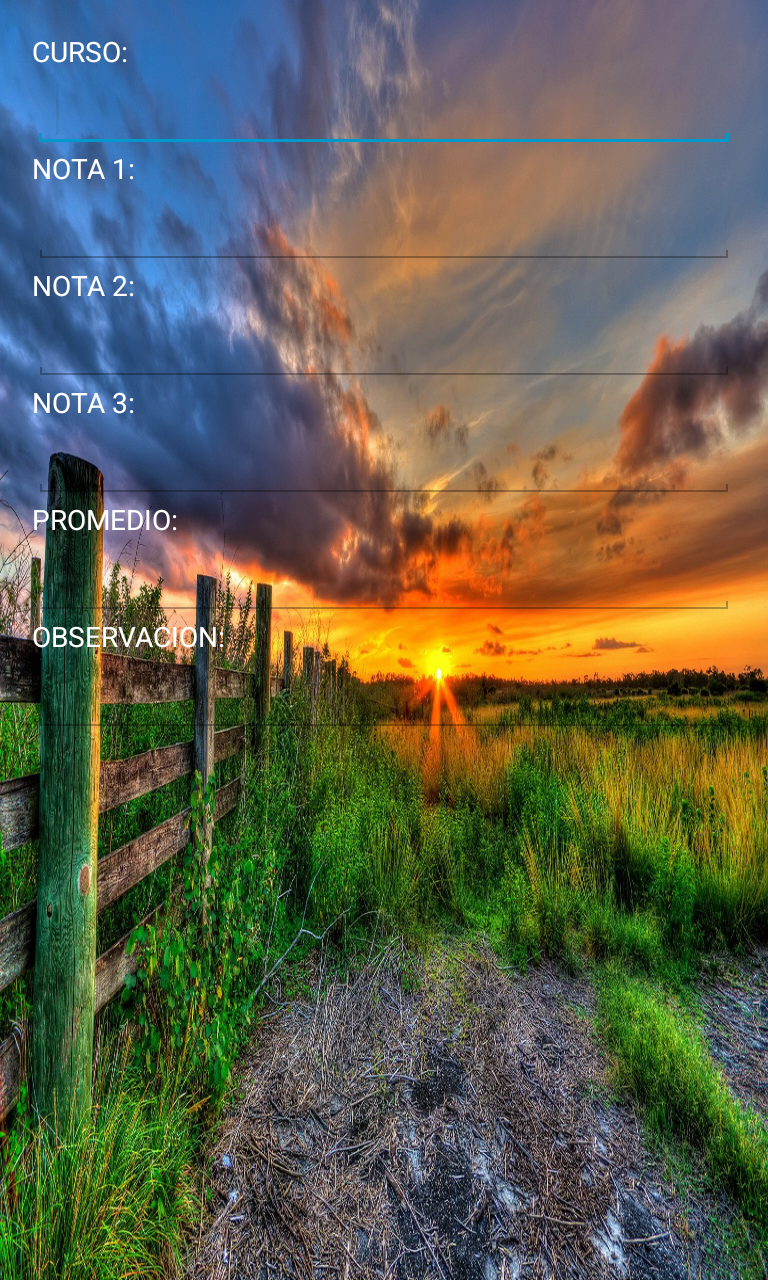
Repository: sherildyasmin06/-reas-Geom-tricas
Layout: Operaciones/res/layout/activity_promedio.xml
The author's editor kept a copy of each file at every save. The layout is drawn from the files as they stood at one save, then again after the next save.
It is drawn on a 768 x 1280 px phone screen (xhdpi) without system bars, with theme AppTheme; the app's code is not run.

Above is the layout before, as saved 2017-10-18 03:10:29.

After the next save:
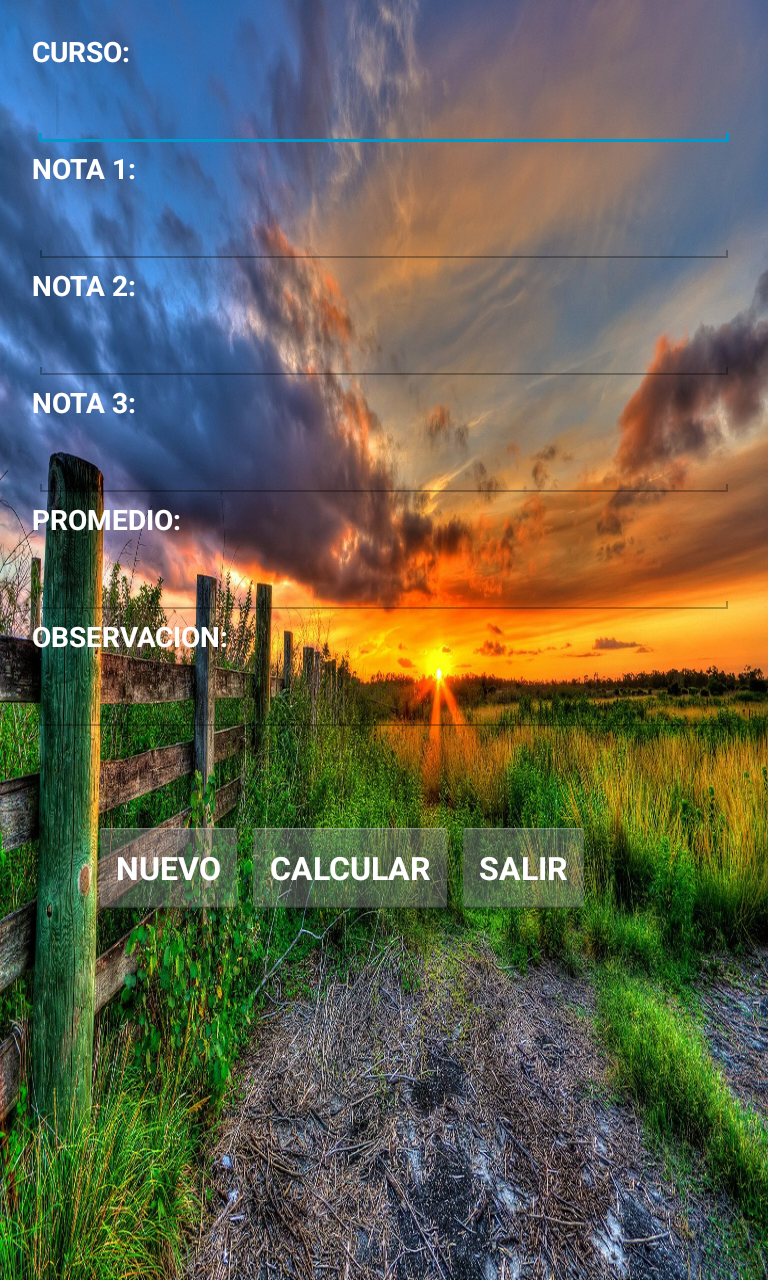
Saved 3 min 59 s later.
--- a/Operaciones/res/layout/activity_promedio.xml
+++ b/Operaciones/res/layout/activity_promedio.xml
@@ -10,6 +10,7 @@
     tools:context=".Promedio" >
 
     <LinearLayout
+        android:id="@+id/linearLayout1"
         android:layout_width="match_parent"
         android:layout_height="wrap_content"
         android:layout_alignParentTop="true"
@@ -20,7 +21,8 @@
             android:layout_width="wrap_content"
             android:layout_height="wrap_content"
             android:text="@string/pcurso"
-            android:textColor="@color/coloresetiquetas02" />
+            android:textColor="@color/coloresetiquetas02"
+            android:textStyle="bold" />
 
         <EditText
             android:id="@+id/editText1"
@@ -37,7 +39,8 @@
             android:layout_width="wrap_content"
             android:layout_height="wrap_content"
             android:text="@string/tnota1"
-            android:textColor="@color/coloresetiquetas02" />
+            android:textColor="@color/coloresetiquetas02"
+            android:textStyle="bold" />
 
         <EditText
             android:id="@+id/editText2"
@@ -52,7 +55,8 @@
             android:layout_width="wrap_content"
             android:layout_height="wrap_content"
             android:text="@string/tnota2"
-            android:textColor="@color/colorcuadros02" />
+            android:textColor="@color/colorcuadros02"
+            android:textStyle="bold" />
 
         <EditText
             android:id="@+id/editText3"
@@ -67,7 +71,8 @@
             android:layout_width="wrap_content"
             android:layout_height="wrap_content"
             android:text="@string/tnota3"
-            android:textColor="@color/coloresetiquetas02" />
+            android:textColor="@color/coloresetiquetas02"
+            android:textStyle="bold" />
 
         <EditText
             android:id="@+id/editText4"
@@ -82,7 +87,8 @@
             android:layout_width="wrap_content"
             android:layout_height="wrap_content"
             android:text="@string/tpromedio"
-            android:textColor="@color/coloresetiquetas02" />
+            android:textColor="@color/coloresetiquetas02"
+            android:textStyle="bold" />
 
         <EditText
             android:id="@+id/editText5"
@@ -97,7 +103,8 @@
             android:layout_width="wrap_content"
             android:layout_height="wrap_content"
             android:text="@string/tobservacion"
-            android:textColor="@color/coloresetiquetas02" />
+            android:textColor="@color/coloresetiquetas02"
+            android:textStyle="bold" />
 
         <EditText
             android:id="@+id/editText6"
@@ -105,6 +112,42 @@
             android:layout_height="wrap_content"
             android:ems="10"
             android:textColor="@color/colorcuadros02" />
+    </LinearLayout>
+
+    <LinearLayout
+        android:layout_width="match_parent"
+        android:layout_height="match_parent"
+        android:layout_alignLeft="@+id/linearLayout1"
+        android:layout_below="@+id/linearLayout1"
+        android:layout_marginLeft="30dp"
+        android:layout_marginTop="43dp" >
+
+        <Button
+            android:id="@+id/button1"
+            android:layout_width="wrap_content"
+            android:layout_height="wrap_content"
+            android:text="@string/bnuevo"
+            android:textColor="@color/colorcuadros02"
+            android:textSize="@dimen/activity_horizontal_margin"
+            android:textStyle="bold" />
+
+        <Button
+            android:id="@+id/button2"
+            android:layout_width="wrap_content"
+            android:layout_height="wrap_content"
+            android:text="@string/bcalcular"
+            android:textColor="@color/colorcuadros02"
+            android:textSize="@dimen/activity_horizontal_margin"
+            android:textStyle="bold" />
+
+        <Button
+            android:id="@+id/button3"
+            android:layout_width="wrap_content"
+            android:layout_height="wrap_content"
+            android:text="@string/bsalir"
+            android:textColor="@color/colorcuadros02"
+            android:textSize="@dimen/activity_horizontal_margin"
+            android:textStyle="bold" />
 
     </LinearLayout>
 
